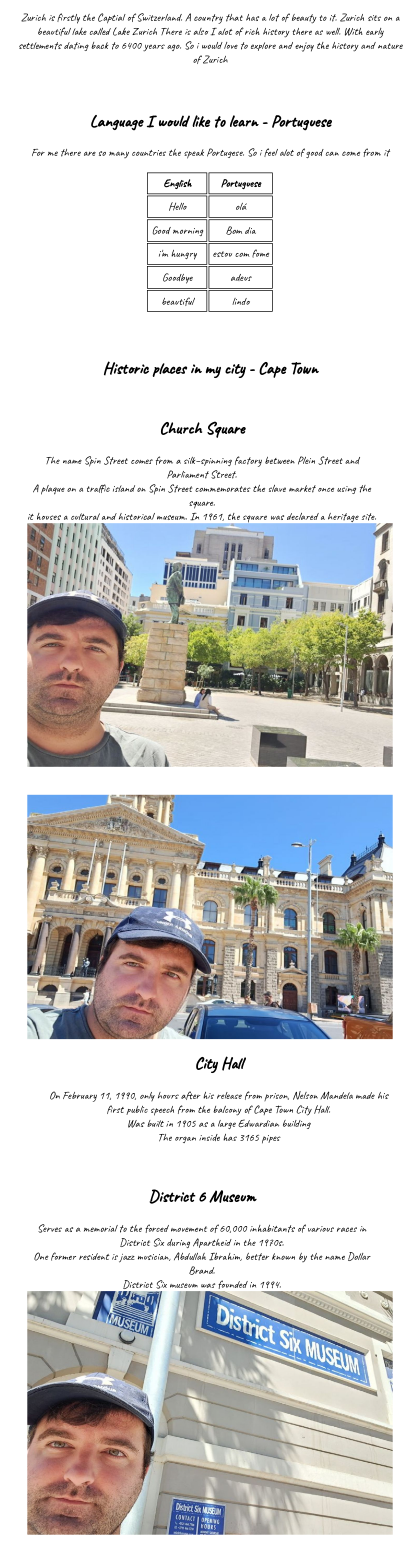
Repository: lasity34/basic-webpage
Page: index.html
These files come from the project's save history. The page is drawn as it stood at one moment and after the next save; the edit follows.
The browser window is 600 px wide. The pictures show the part of the page from y = 849 to 3089 px (the page is 3089 px tall), at 70% of full size.

Above is the page before, as saved 2023-03-02 16:26:06.

After the next save:
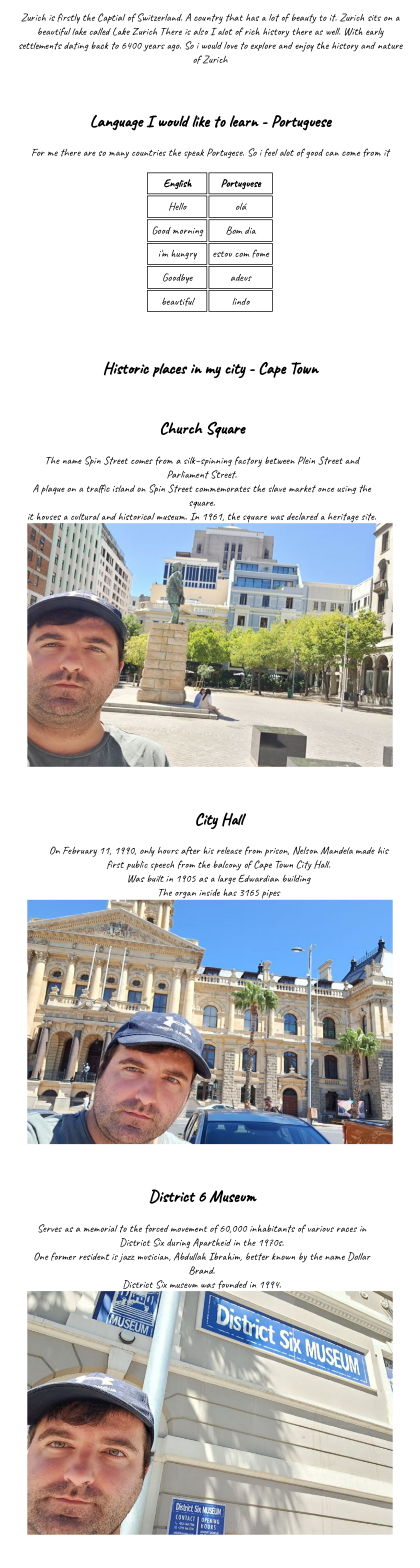
Saved 2 min 15 s later.
--- a/styles.css
+++ b/styles.css
@@ -77,7 +77,7 @@ th {
     margin-bottom: 0.5em;
   }
 
- .places_container:nth-last-child() {
+ #places_info_hall {
   order: -1;
   }
 }
